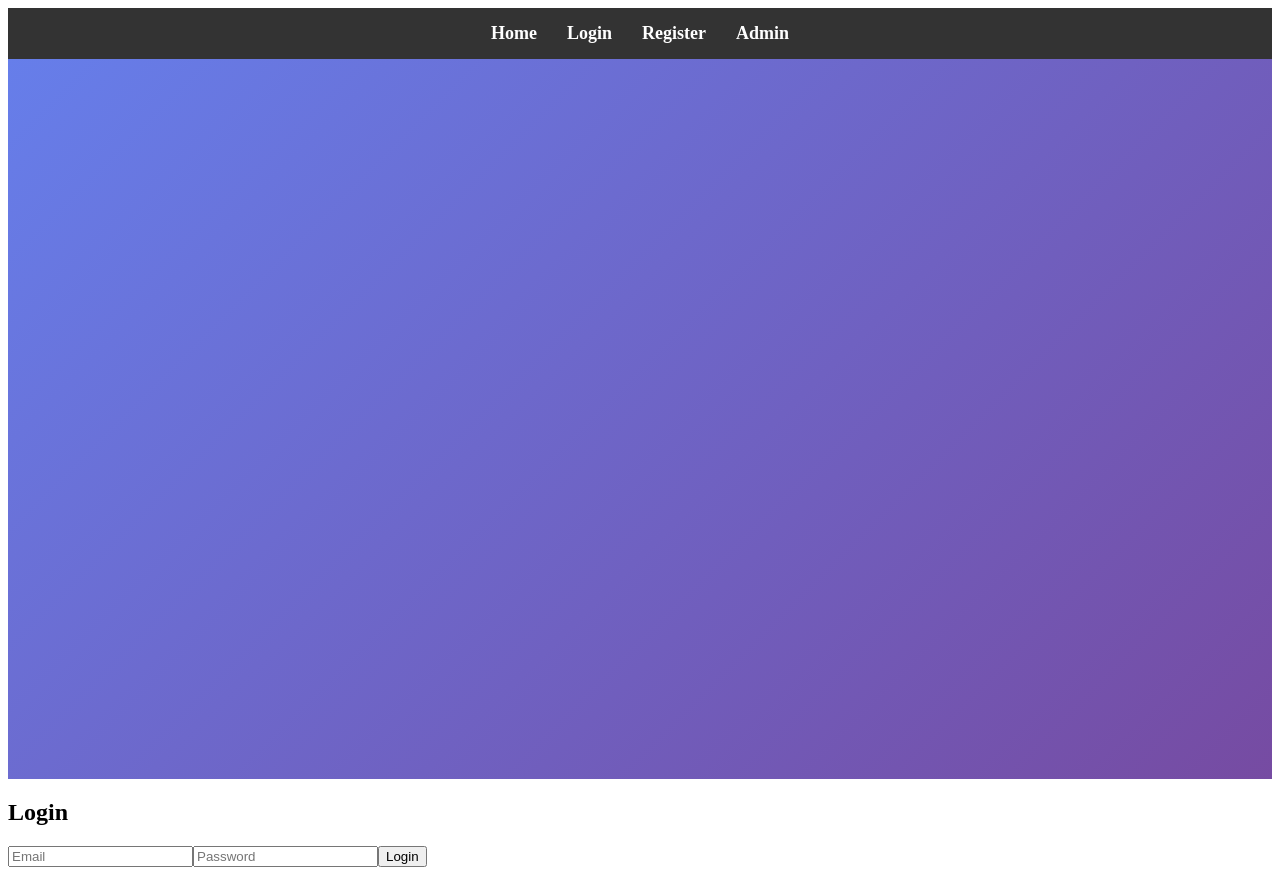
Repository: AhmedIbu/angular-login-app
Page: /login (app in angular-login-app/)
The author's editor kept a copy of each file at every save. The page is drawn from the files as they stood at one save, then again after the next save.
The browser window is 1280 px wide. The pictures show the whole page.
The project was rebuilt for these pictures with package versions that can differ from the ones it lists, and the page was loaded fresh each time. Also part of the build but not shown: angular-login-app/angular.json, angular-login-app/src/app/home/home.component.ts, angular-login-app/src/app/register/register.component.ts, angular-login-app/src/app/services/user.service.ts, angular-login-app/src/app/admin-dashboard/admin-dashboard.component.ts, angular-login-app/src/app/admin-login/admin-login.component.ts, angular-login-app/src/app/user-dashboard/user-dashboard.component.ts.

Above is the page before, as saved 2025-02-21 11:12:44.

### angular-login-app/src/index.html
<!doctype html>
<html lang="en">
<head>
  <meta charset="utf-8">
  <title>AngularLoginApp</title>
  <base href="/">
  <meta name="viewport" content="width=device-width, initial-scale=1">
  <link rel="icon" type="image/x-icon" href="favicon.ico">
</head>
<body>
  <app-root></app-root>
</body>
</html>

### angular-login-app/src/styles.css
/*  app components css   */

/* Style the navigation bar */
.navbar {
  background: #333;
  padding: 15px;
  text-align: center;
}

/* Style the list */
.nav-list {
  list-style: none;
  padding: 0;
  margin: 0;
  display: flex;
  justify-content: center;
}

/* Style the navigation links */
.nav-list li {
  margin: 0 15px;
}

.nav-link {
  text-decoration: none;
  color: white;
  font-size: 18px;
  font-weight: bold;
  transition: color 0.3s ease-in-out;
}

/* Hover effect */
.nav-link:hover {
  color: #00c8ff;
}

/* Responsive design */
@media (max-width: 600px) {
  .nav-list {
    flex-direction: column;
  }

  .nav-list li {
    margin-bottom: 10px;
  }
}

### angular-login-app/src/main.ts
import { bootstrapApplication } from '@angular/platform-browser';
import { appConfig } from './app/app.config';
import { AppComponent } from './app/app.component';
import { provideHttpClient } from '@angular/common/http';

bootstrapApplication(AppComponent, {
  ...appConfig, // ✅ Spread existing config
  providers: [
    ...appConfig.providers, // ✅ Keep existing providers
    provideHttpClient() // ✅ Ensure HTTP client is provided
  ]
}).catch(err => console.error(err));

### angular-login-app/src/app/app.config.ts
import { ApplicationConfig } from '@angular/core';
import { provideRouter, Routes } from '@angular/router';
import { provideHttpClient } from '@angular/common/http';

// ✅ Import standalone components
import { HomeComponent } from './home/home.component';
import { LoginComponent } from './login/login.component';
import { RegisterComponent } from './register/register.component';
import { AdminDashboardComponent } from './admin-dashboard/admin-dashboard.component';
import { AdminLoginComponent } from './admin-login/admin-login.component';
import { UserDashboardComponent } from './user-dashboard/user-dashboard.component';

// ✅ Define routes
const routes: Routes = [
  { path: '', component: HomeComponent}, // Default route
  { path: 'login', component: LoginComponent },
  { path: 'register', component: RegisterComponent },
  { path: 'admin-login', component: AdminLoginComponent },
  { path: 'user-dashboard', component: UserDashboardComponent },
  { path: 'admin-dashboard', component: AdminDashboardComponent },
  { path: '**', redirectTo: 'user-dashboard' } // Catch-all for unknown routes
];

export const appConfig: ApplicationConfig = {
  providers: [
    provideRouter(routes),
    provideHttpClient()
  ]
};

### angular-login-app/src/app/app.component.ts
import { Component } from '@angular/core';
import { RouterModule } from '@angular/router';

@Component({
  selector: 'app-root',
  standalone: true,
  imports: [RouterModule],
  templateUrl: './app.component.html',
  styleUrls: ['./app.component.css','../styles.css']
})
export class AppComponent { }

### angular-login-app/src/app/login/login.component.ts
import { Component, OnInit } from '@angular/core';
import { Router } from '@angular/router';
import { AuthService } from '../services/auth.service';
import { CommonModule } from '@angular/common';
import { FormGroup, FormBuilder, ReactiveFormsModule, Validators } from '@angular/forms';

@Component({
  selector: 'app-login',
  standalone: true,
  templateUrl: './login.component.html',
  styleUrls: ['./login.component.css'],
  imports: [CommonModule, ReactiveFormsModule]
})
export class LoginComponent implements OnInit {

  loginForm!: FormGroup;
  errorMessage = '';
  loading = false;  // ✅ Added loading state

  constructor(
    private fb: FormBuilder,
    private authService: AuthService,
    private router: Router
  ) {}

  ngOnInit() {
    // ✅ Initialize the login form with validation
    this.loginForm = this.fb.group({
      email: ['', [Validators.required, Validators.email]],  // Email validation
      password: ['', [Validators.required, Validators.minLength(4)]]  // Password min length: 6
    });
  }

  onLogin() {
    if (this.loginForm.invalid) {
      this.loginForm.markAllAsTouched(); // ✅ Highlight invalid fields
      return;
    }

    this.loading = true;
    this.errorMessage = '';

    const loginData = this.loginForm.value;
    console.log('📨 Sending Login Data:', loginData);

    this.authService.login(loginData).subscribe({
      next: (response: any) => {
        console.log('✅ Login Successful:', response);
        alert('Login successful!');
        this.router.navigate(['/dashboard']);
      },
      error: (error) => {
        console.error('🔥 API Error:', error);
        this.errorMessage = error.error?.message || 'Login failed. Try again.';
        alert(this.errorMessage);
      },
      complete: () => {
        this.loading = false;
      }
    });
  }
}

### angular-login-app/src/app/app.component.html
<nav class="navbar">
  <ul class="nav-list">
    <li><a routerLink="/" class="nav-link">Home</a></li>
    <li><a routerLink="/login" class="nav-link">Login</a></li>
    <li><a routerLink="/register" class="nav-link">Register</a></li>
    <li><a routerLink="/admin-login" class="nav-link">Admin</a></li>
  </ul>
</nav>

<router-outlet></router-outlet>

### angular-login-app/src/app/login/login.component.html
<div class="login-container">

</div>
<h2>Login</h2>
<form [formGroup]="loginForm" (ngSubmit)="onLogin()">
  <input type="email" formControlName="email" placeholder="Email" required />
  <input type="password" formControlName="password" placeholder="Password" required />
  <button type="submit" >Login</button>
</form>

<p *ngIf="errorMessage" style="color: red;">{{ errorMessage }}</p>

### angular-login-app/src/app/login/login.component.css
/* Centering the login form */
.login-container {
    display: flex;
    justify-content: center;
    align-items: center;
    height: 100vh;
    background: linear-gradient(135deg, #667eea, #764ba2);
  }

  /* Glassmorphism effect for form */
  .login-box {
    background: rgba(255, 255, 255, 0.1);
    backdrop-filter: blur(10px);
    border-radius: 12px;
    padding: 30px;
    box-shadow: 0 4px 6px rgba(0, 0, 0, 0.1);
    width: 300px;
    text-align: center;
    color: #fff;
  }

  /* Styling form elements */
  .login-box h2 {
    margin-bottom: 20px;
    font-size: 24px;
    font-weight: bold;
  }

  .login-box input {
    width: 100%;
    padding: 10px;
    margin: 10px 0;
    border: none;
    border-radius: 5px;
    font-size: 16px;
  }

  /* Login button styles */
  .login-btn {
    background: #ff7eb3;
    color: white;
    border: none;
    padding: 10px;
    font-size: 18px;
    width: 100%;
    border-radius: 5px;
    cursor: pointer;
    transition: 0.3s;
  }

  .login-btn:hover {
    background: #ff4a85;
    transform: scale(1.05);
  }

### angular-login-app/src/app/services/auth.service.ts
import { Injectable } from '@angular/core';
import { HttpClient, HttpHeaders } from '@angular/common/http';
import { Observable, BehaviorSubject, of } from 'rxjs';
import { map, catchError, tap } from 'rxjs/operators';

@Injectable({
  providedIn: 'root'
})
export class AuthService {
  private apiUrl = 'http://127.0.0.1:5000'; // ✅ Flask API URL
  private isAuthenticated = new BehaviorSubject<boolean>(this.hasToken());

  constructor(private http: HttpClient) {}

  // ✅ Regular User Login (API)
  login(credentials: { email: string; password: string }): Observable<{ success: boolean; token?: string; isAdmin?: boolean }> {
    const headers = new HttpHeaders({ 'Content-Type': 'application/json' });

    return this.http.post<{ token: string; isAdmin: boolean }>(`${this.apiUrl}/login`, credentials, { headers }).pipe(
      tap(response => console.log('✅ User Login API Response:', response)), // ✅ Log API response
      map(response => {
        if (response.token) {
          this.saveToken(response.token);
          localStorage.setItem('isAdmin', JSON.stringify(response.isAdmin));
          return { success: true, token: response.token, isAdmin: response.isAdmin };
        }
        return { success: false };
      }),
      catchError(error => {
        console.error('❌ Login Error:', error);
        return of({ success: false });
      })
    );
  }

  // ✅ Admin Login (API Call)
  adminLogin(email: string, password: string): Observable<{ success: boolean; token?: string }> {
    const headers = new HttpHeaders({ 'Content-Type': 'application/json' });

    return this.http.post<{ success: boolean; token?: string }>(`${this.apiUrl}/admin-login`, { email, password }, { headers }).pipe(
      tap(response => console.log('✅ Admin Login API Response:', response)), // ✅ Log API response
      map(response => {
        if (response.success && response.token) {
          this.saveToken(response.token);
          localStorage.setItem('admin', 'true'); // ✅ Save admin status
          return { success: true, token: response.token };
        }
        return { success: false };
      }),
      catchError(error => {
        console.error('❌ Admin Login Error:', error);
        return of({ success: false });
      })
    );
  }

  // ✅ Save Token
  saveToken(token: string) {
    localStorage.setItem('token', token);
    this.isAuthenticated.next(true);
  }

  // ✅ Retrieve Token
  getToken(): string | null {
    return localStorage.getItem('token');
  }

  // ✅ Check if Token Exists
  hasToken(): boolean {
    return !!localStorage.getItem('token');
  }

  // ✅ Check if Admin is Logged In
  isAdmin(): boolean {
    return localStorage.getItem('admin') === 'true' && this.hasToken();
  }

  // ✅ User Registration
  register(userData: any): Observable<any> {
    return this.http.post(`${this.apiUrl}/register`, userData).pipe(
      tap(response => {
        console.log('✅ Registration successful', response);
        alert('Registration successful! You can now log in.');
      }),
      catchError(error => {
        console.error('❌ Registration failed', error);
        alert('Registration failed. Try again.');
        return of(null);
      })
    );
  }

  // ✅ Logout & Clear Everything
  logout() {
    localStorage.removeItem('token');
    localStorage.removeItem('admin');
    this.isAuthenticated.next(false);
    window.location.reload(); // 🔹 Force refresh to clear session issues
  }

  // ✅ Observe Auth Status (for Guards)
  isAuthenticated$(): Observable<boolean> {
    return this.isAuthenticated.asObservable();
  }
}

Loaded but not shown: angular-login-app/src/app/app.component.css (no stored copy; drawn as an empty file)

After the next save:
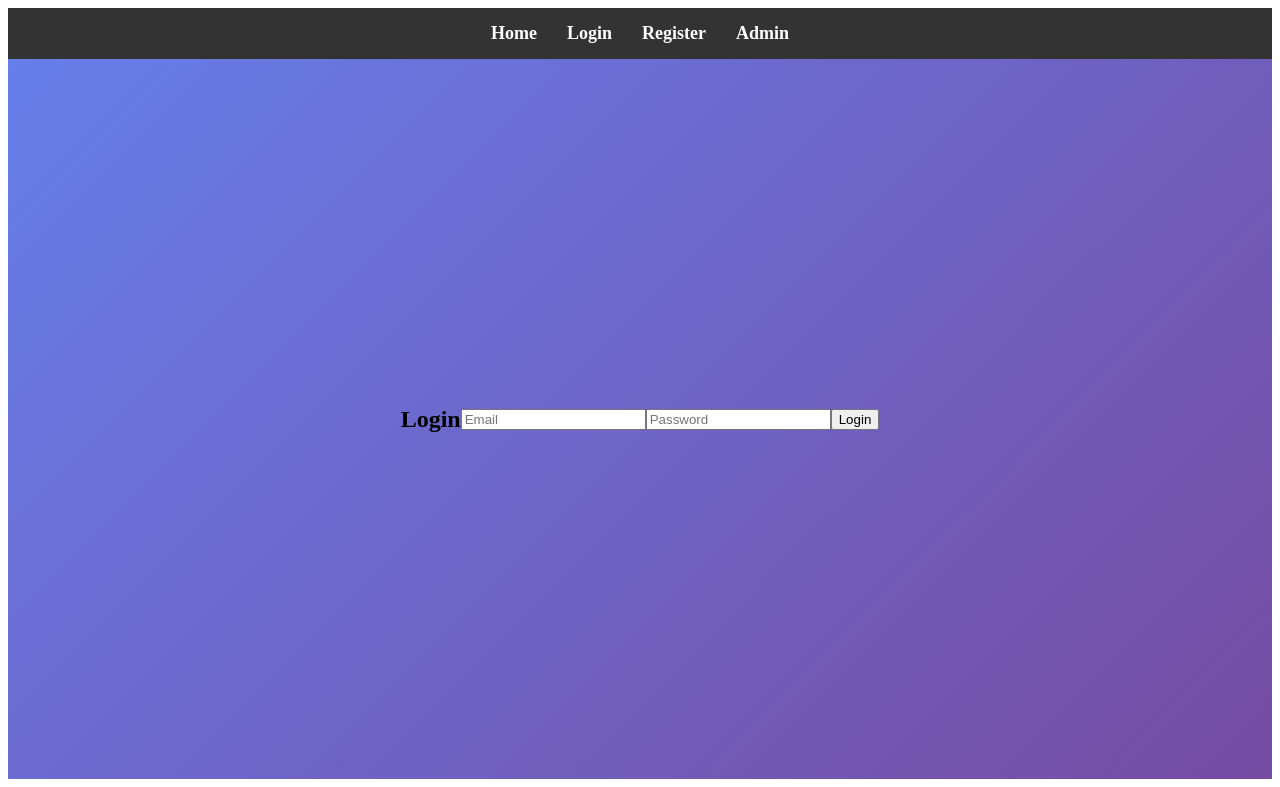
Saved 14 s later.
--- a/angular-login-app/src/app/login/login.component.html
+++ b/angular-login-app/src/app/login/login.component.html
@@ -1,6 +1,6 @@
 <div class="login-container">
 
-</div>
+
 <h2>Login</h2>
 <form [formGroup]="loginForm" (ngSubmit)="onLogin()">
   <input type="email" formControlName="email" placeholder="Email" required />
